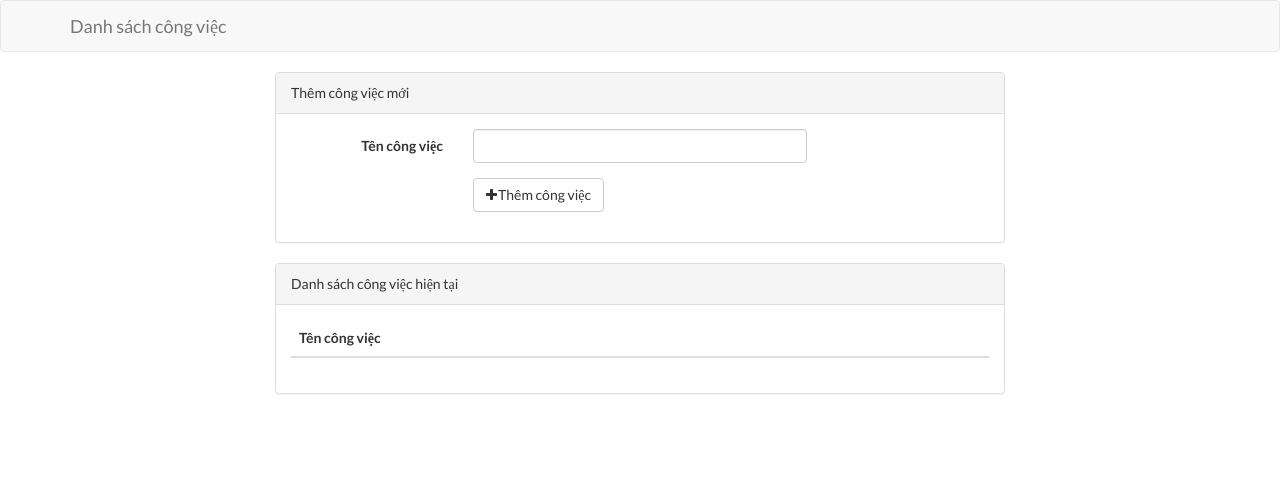
Repository: pvdrh/Laravel_Todo
Page: http://localhost/frontend/task
An editor plug-in stored every save of this project. The page is shown before and after the next save, followed by the edit.
The browser window is 1280 px wide. The pictures show the whole page.
Some web libraries are served in a nearby version. The page is served by the project's Laravel application, run on PHP 8.4 with Laravel 8. Other server files are loaded and not shown. Queries for data that is not in the repository find no rows.

Above is the page before, as saved 2020-10-17 23:48:31.

### routes/web.php
<?php

use App\Http\Controllers\Frontend\TaskController;
use Illuminate\Support\Facades\Route;

/*
|--------------------------------------------------------------------------
| Web Routes
|--------------------------------------------------------------------------
|
| Here is where you can register web routes for your application. These
| routes are loaded by the RouteServiceProvider within a group which
| contains the "web" middleware group. Now create something great!
|
*/

Route::get('/', function () {
    return view('welcome');
});

 Route::get('/',
    [\App\Http\Controllers\HomeController::class, 'index']
);
// Route::prefix('task')
// ->group(function(){
//     Route::get('/create', [
//         \App\Http\Controllers\Task\TaskController::class, 'create'])
//         ->name('tasks.create');

//     Route::get('/edit', [
//         \App\Http\Controllers\Task\TaskController::class, 'create'])
//         ->name('tasks.edit');

//     Route::get('/list', [
//         \App\Http\Controllers\Task\TaskController::class, 'create'])
//         ->name('tasks.list');
// });

// Route::resource('frontend/task', \Frontend\TaskController::class);
// Route::get('frontend/task', 'TaskController@index');

Route::prefix('frontend/task')
->group(function(){
    Route::get('/',[TaskController::class, 'index'])->name('task.index');
    Route::get('/{id}',[TaskController::class, 'show'])->name('task.show');
    Route::get('/{id}/edit',[TaskController::class, 'edit'])->name('task.edit');
    Route::delete('/destroy/{id}',[TaskController::class, 'destroy'])->name('task.delete');
    Route::put('/update/{id}',[TaskController::class, 'update'])->name('task.update');
    Route::post('/store',[TaskController::class, 'store'])->name('task.store');
    Route::get('/create',[TaskController::class, 'create'])->name('task.create');
    Route::get('/complete/{id}',[TaskController::class, 'complete'])->name('task.complete');
    Route::get('/reComplete/{id}',[TaskController::class, 'reComplete'])->name('task.reComplete');

});

### app/Http/Controllers/Frontend/TaskController.php
<?php

namespace App\Http\Controllers\Frontend;

use App\Http\Controllers\Controller;
use Illuminate\Http\Request;
use App\Models\Task;

class TaskController extends Controller
{
    /**
     * Display a listing of the resource.
     *
     * @return \Illuminate\Http\Response
     */
    public function index()
    {
        $tasks = Task::all();
        // ->orderBy('name', 'desc')
        // ->take(5)
        // ->get();

        return view('tasks.list', [
            'tasks'=>$tasks
        ]);
    }

    /**
     * Show the form for creating a new resource.
     *
     * @return \Illuminate\Http\Response
     */
    public function create()
    {

        return view('tasks.create');
    }

    /**
     * Store a newly created resource in storage.
     *
     * @param  \Illuminate\Http\Request  $request
     * @return \Illuminate\Http\Response
     */
    public function store(Request $request)
    {

        $task = new Task();
        $task->name = $request->name;
        $task->status = 0;
        $task->save();

        return redirect()->route('task.index');

        // $name = $request->only('name');
        // $deadline = $request->only('deadline');

        // dd($name,$deadline);
    }

    /**
     * Display the specified resource.
     *
     * @param  int  $id
     * @return \Illuminate\Http\Response
     */
    public function show($id)
    {
        $task = Task::find($id);
        dd($task);
    }

    /**
     * Show the form for editing the specified resource.
     *
     * @param  int  $id
     * @return \Illuminate\Http\Response
     */
    public function edit($id)
    {
        $name = 'Duy';
        return view('tasks.edit');
    }

    /**
     * Update the specified resource in storage.
     *
     * @param  \Illuminate\Http\Request  $request
     * @param  int  $id
     * @return \Illuminate\Http\Response
     */
    public function update(Request $request, $id)
    {
        //
    }

    /**
     * Remove the specified resource from storage.
     *
     * @param  int  $id
     * @return \Illuminate\Http\Response
     */
    public function destroy($id)
    {
        $task = Task::find($id);
        $task->delete();
        return redirect()->route('task.index');
    }

    public function complete($id)
    {
        dd($id);
    }

    public function reComplete($id)
    {
        dd($id);
    }

}

### app/Models/Task.php
<?php

namespace App\Models;

use Illuminate\Database\Eloquent\Factories\HasFactory;
use Illuminate\Database\Eloquent\Model;

class Task extends Model
{
    use HasFactory;
    protected $table = 'tasks';
}

### resources/views/tasks/list.blade.php
<!DOCTYPE html>
<html lang="en">
<head>
    <meta charset="utf-8">
    <meta http-equiv="X-UA-Compatible" content="IE=edge">
    <meta name="viewport" content="width=device-width, initial-scale=1">

    <title>Laravel Todo - Basic</title>

    <!-- Fonts -->
    <link href="https://cdnjs.cloudflare.com/ajax/libs/font-awesome/4.4.0/css/font-awesome.min.css" rel='stylesheet' type='text/css'>
    <link href="https://fonts.googleapis.com/css?family=Lato:100,300,400,700" rel='stylesheet' type='text/css'>

    <!-- Styles -->
    <link href="https://maxcdn.bootstrapcdn.com/bootstrap/3.3.6/css/bootstrap.min.css" rel="stylesheet">
    {{-- <link href="{{ elixir('css/app.css') }}" rel="stylesheet"> --}}

    <style>
        body {
            font-family: 'Lato';
        }
        .fa-btn {
            margin-right: 1px;
        }
        .task-table tbody tr td:nth-child(2){
            width: 120px;
        }
        .task-table tbody tr td:nth-child(3){
            width: 100px;
        }
    </style>
</head>
<body id="app-layout">
<nav class="navbar navbar-default">
    <div class="container">
        <div class="navbar-header">

            <!-- Branding Image -->
            <a class="navbar-brand" href="{{ url('/') }}">
                Danh sách công việc
            </a>
        </div>





     </div>
</nav>




<div class="container">
    <div class="col-sm-offset-2 col-sm-8">
        <div class="panel panel-default">
            <div class="panel-heading">
                Thêm công việc mới
            </div>

            <div class="panel-body">
                <!-- Display Validation Errors -->

                <!-- New Task Form -->
                 <form action="{{ route('task.store')}}" method="POST" class="form-horizontal">
                {{ csrf_field() }}

                <!-- Task Name -->
                    <div class="form-group">
                        <label for="task-name" class="col-sm-3 control-label">Tên công việc</label>
                        <div class="col-sm-6">
                            <input type="text" name="name" id="task-name" class="form-control" value="{{ old('task') }}">
                        </div>
                    </div>

                    <!-- Add Task Button -->
                    <div class="form-group">
                        <div class="col-sm-offset-3 col-sm-6">
                            <button type="submit" class="btn btn-default">
                                <i class="fa fa-btn fa-plus"></i>Thêm công việc
                            </button>
                        </div>
                    </div>
                </form>
            </div>
        </div>

        <!-- Current Tasks -->
        <div class="panel panel-default">
            <div class="panel-heading">
                Danh sách công việc hiện tại
            </div>

            <div class="panel-body">
                <table class="table table-striped task-table">
                    <thead>
                    <th>Tên công việc</th>
                    <th>&nbsp;</th>
                    </thead>
                    <tbody>
                        @foreach ($tasks as $task)
                        <tr>
                            <td class="table-text"><div>{{$task->name}}</div></td>
                            <!-- Task Complete Button -->
                            <td>
                                <a href="{{ route('task.complete',$task['id']) }}" type="submit" class="btn btn-success">
                                    <i class="fa fa-btn fa-check"></i>Hoàn thành
                                </a>
                            </td>
                            <!-- Task Recomplete Button -->
                            <td>
                                <a href="{{ route('task.reComplete',$task['id']) }}" type="submit" class="btn btn-success">
                                    <i class="fa fa-btn fa-check"></i>Làm Lại
                                </a>
                            </td>
                            <!-- Task Delete Button -->
                             <td>
                                <form action="{{ route('task.delete',$task['id']) }}" method="POST">
                                    {{ csrf_field() }}
                                    {{ method_field('DELETE') }}

                                    <button type="submit" class="btn btn-danger">
                                        <i class="fa fa-btn fa-trash"></i>Xoá
                                    </button>
                                </form>
                            </td>
                        </tr>
                        @endforeach



                    </tbody>
                </table>
            </div>
        </div>
    </div>
</div>

<!-- JavaScripts -->
<script src="https://cdnjs.cloudflare.com/ajax/libs/jquery/2.1.4/jquery.min.js"></script>
<script src="https://maxcdn.bootstrapcdn.com/bootstrap/3.3.6/js/bootstrap.min.js"></script>
{{-- <script src="{{ elixir('js/app.js') }}"></script> --}}
</body>
</html>

Loaded but not shown: app/Providers/AppServiceProvider.php (common file); app/Http/Controllers/Controller.php (common file)

After the next save:
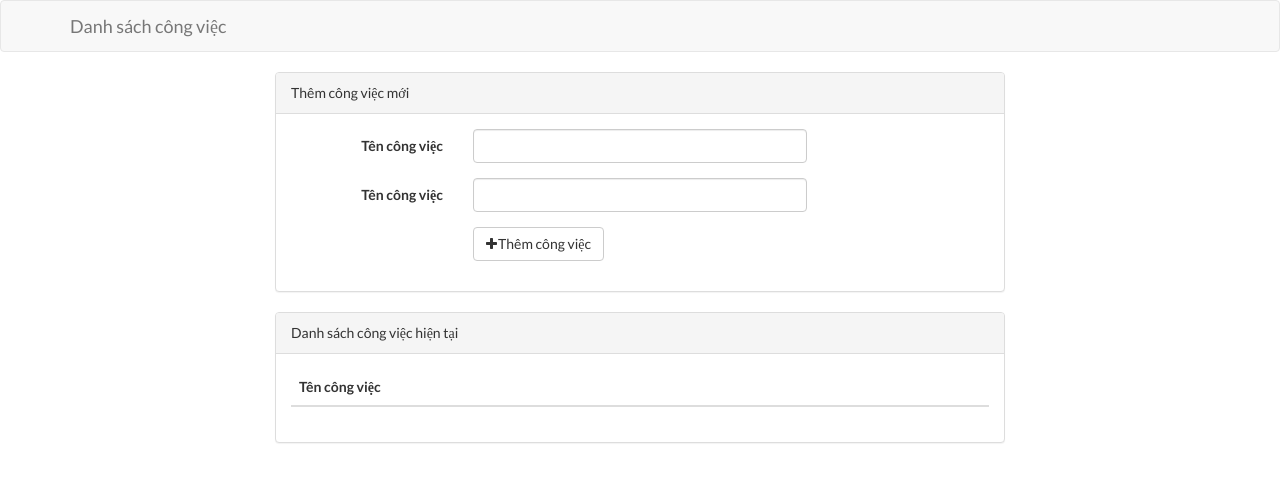
Saved 5 s later.
--- a/resources/views/tasks/list.blade.php
+++ b/resources/views/tasks/list.blade.php
@@ -66,6 +66,13 @@
                 {{ csrf_field() }}
 
                 <!-- Task Name -->
+                    <div class="form-group">
+                        <label for="task-name" class="col-sm-3 control-label">Tên công việc</label>
+                        <div class="col-sm-6">
+                            <input type="text" name="name" id="task-name" class="form-control" value="{{ old('task') }}">
+                        </div>
+                    </div>
+
                     <div class="form-group">
                         <label for="task-name" class="col-sm-3 control-label">Tên công việc</label>
                         <div class="col-sm-6">
